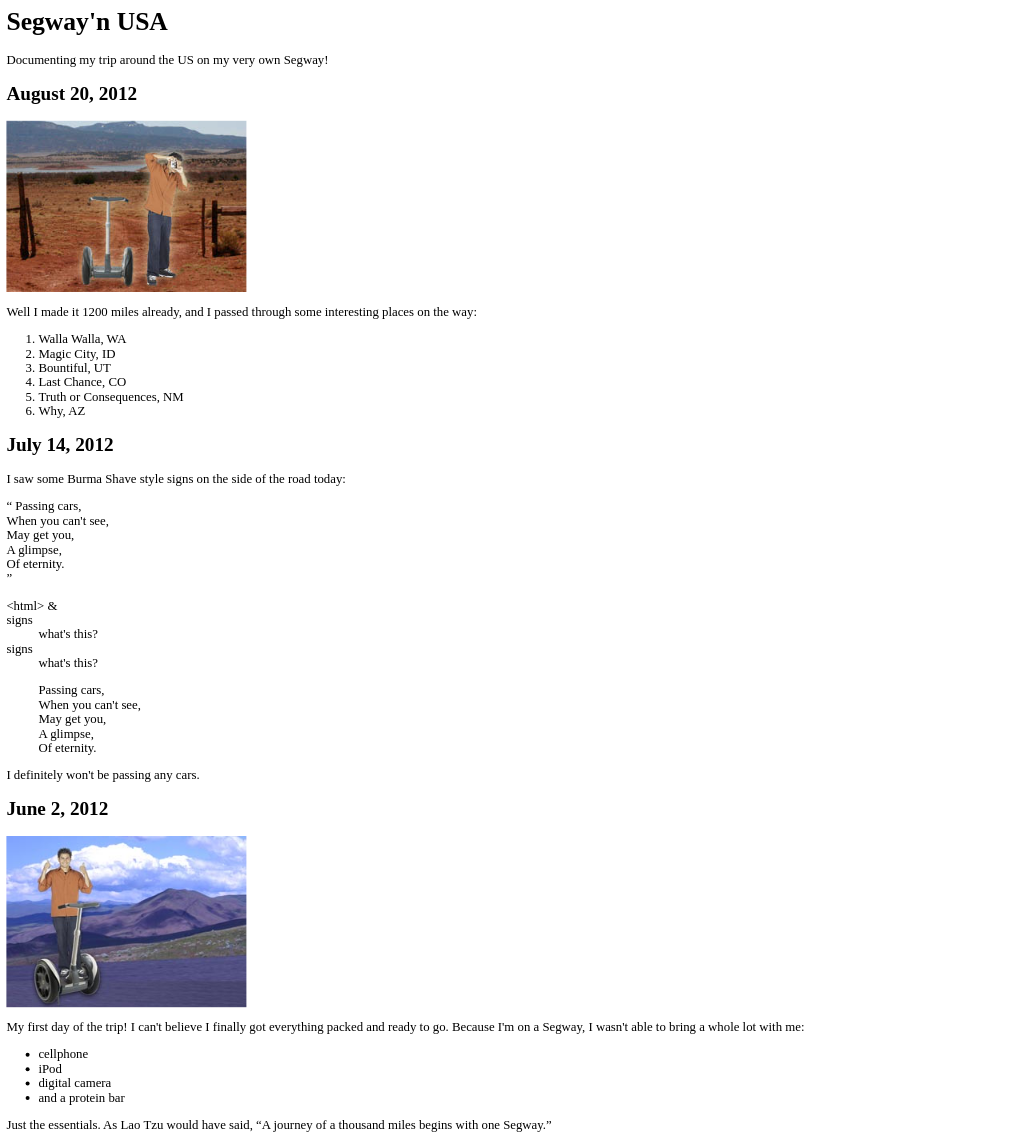
Repository: Dearning/head-first-html-css
Page: chapter3/journal/journal.html
The author's editor kept a copy of each file at every save. The page is drawn from the files as they stood at one save, then again after the next save.
The browser window is 1280 px wide. The pictures show the whole page, at 80% of full size.

Above is the page before, as saved 2021-09-17 09:27:35.

### chapter3/journal/journal.html
<html>
  <head>
    <title>My Trip Around the USA on a Segway</title>
  </head>
  <body>

    <h1>Segway'n USA</h1>
    <p>
      Documenting my trip around the US on my very own Segway!
    </p>

    <h2>August 20, 2012</h2>
    <img src="images/segway2.jpg">
    <p>
      Well I made it 1200 miles already, and I passed
      through some interesting places on the way:
    </p>

    <ol>
      <li>Walla Walla, WA</li>
      <li>Magic City, ID</li>
      <li>Bountiful, UT</li>
      <li>Last Chance, CO</li>
      <li>Truth or Consequences, NM</li>
      <li>Why, AZ</li>
    </ol>

    <h2>July 14, 2012</h2>
    <p>
      I saw some Burma Shave style signs on the side of the
      road today:
    </p>
    <q>
      Passing cars, <br>
      When you can't see, <br>
      May get you, <br>
      A glimpse, <br>
      Of eternity. <br>
    </q>
<dl>
  &lt;html&gt;
  &amp;
  <dt>signs</dt>
  <dd>what's this?</dd>

  <dt>signs</dt>
  <dd>what's this?</dd>
</dl>
    <blockquote>
      Passing cars, <br>
      When you can't see, <br>
      May get you, <br>
      A glimpse, <br>
      Of eternity. <br>
    </blockquote>
    <p>
      I definitely won't be passing any cars.
    </p>

    <h2>June 2, 2012</h2>
    <img src="images/segway1.jpg">
    <p>
      My first day of the trip!  I can't believe I finally got
      everything packed and ready to go.  Because I'm on a Segway,
      I wasn't able to bring a whole lot with me:
    </p>
    <ul>
      <li>cellphone</li>
      <li>iPod</li>
      <li>digital camera</li>
      <li>and a protein bar</li>
    </ul>
    <p>
       Just the essentials.  As
      Lao Tzu would have said, <q>A journey of a
      thousand miles begins with one Segway.</q>
    </p>
  </body>
</html>

After the next save:
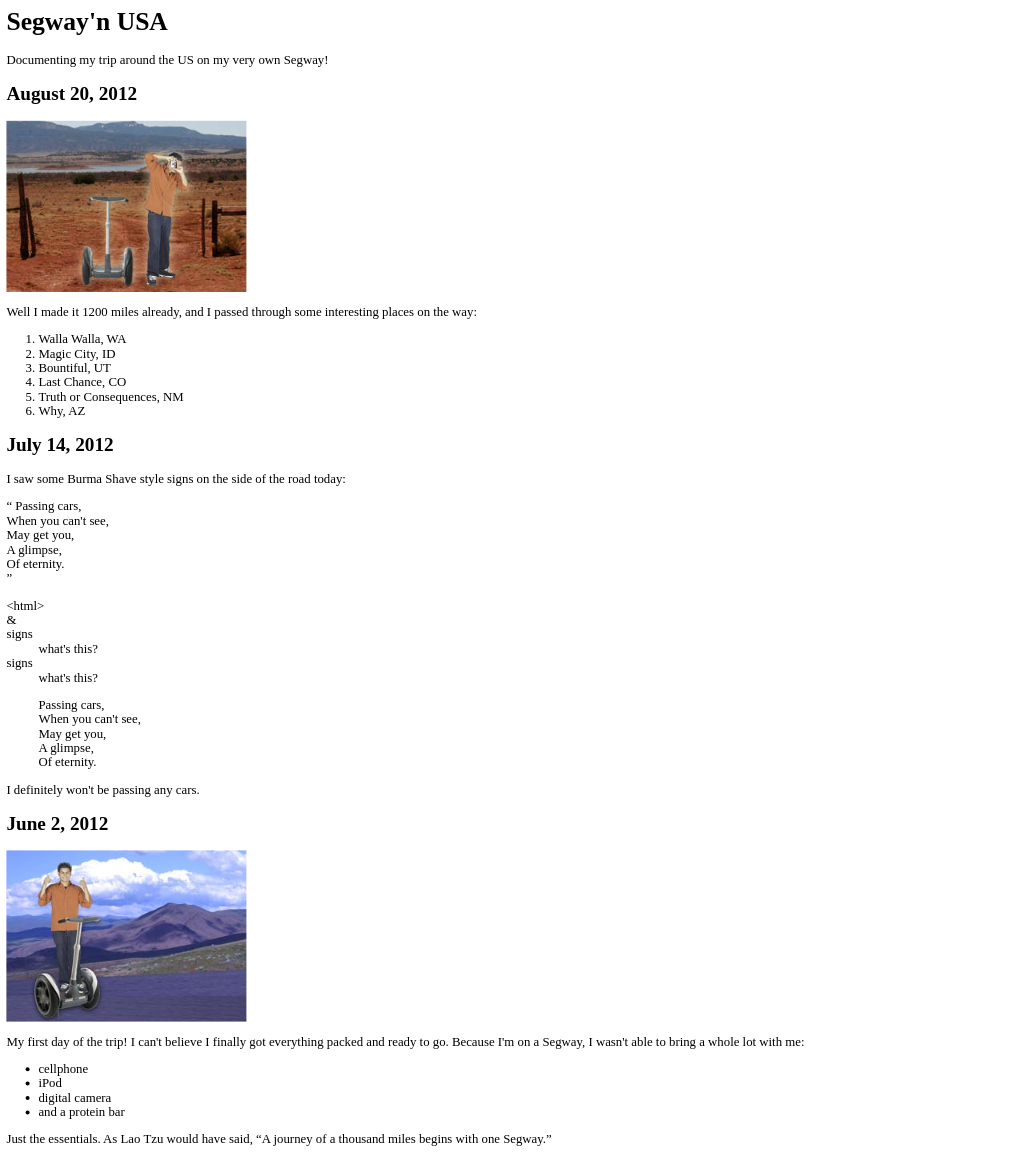
Saved 10 s later.
--- a/chapter3/journal/journal.html
+++ b/chapter3/journal/journal.html
@@ -38,7 +38,7 @@
       Of eternity. <br>
     </q>
 <dl>
-  &lt;html&gt;
+  &lt;html&gt;<br>
   &amp;
   <dt>signs</dt>
   <dd>what's this?</dd>
